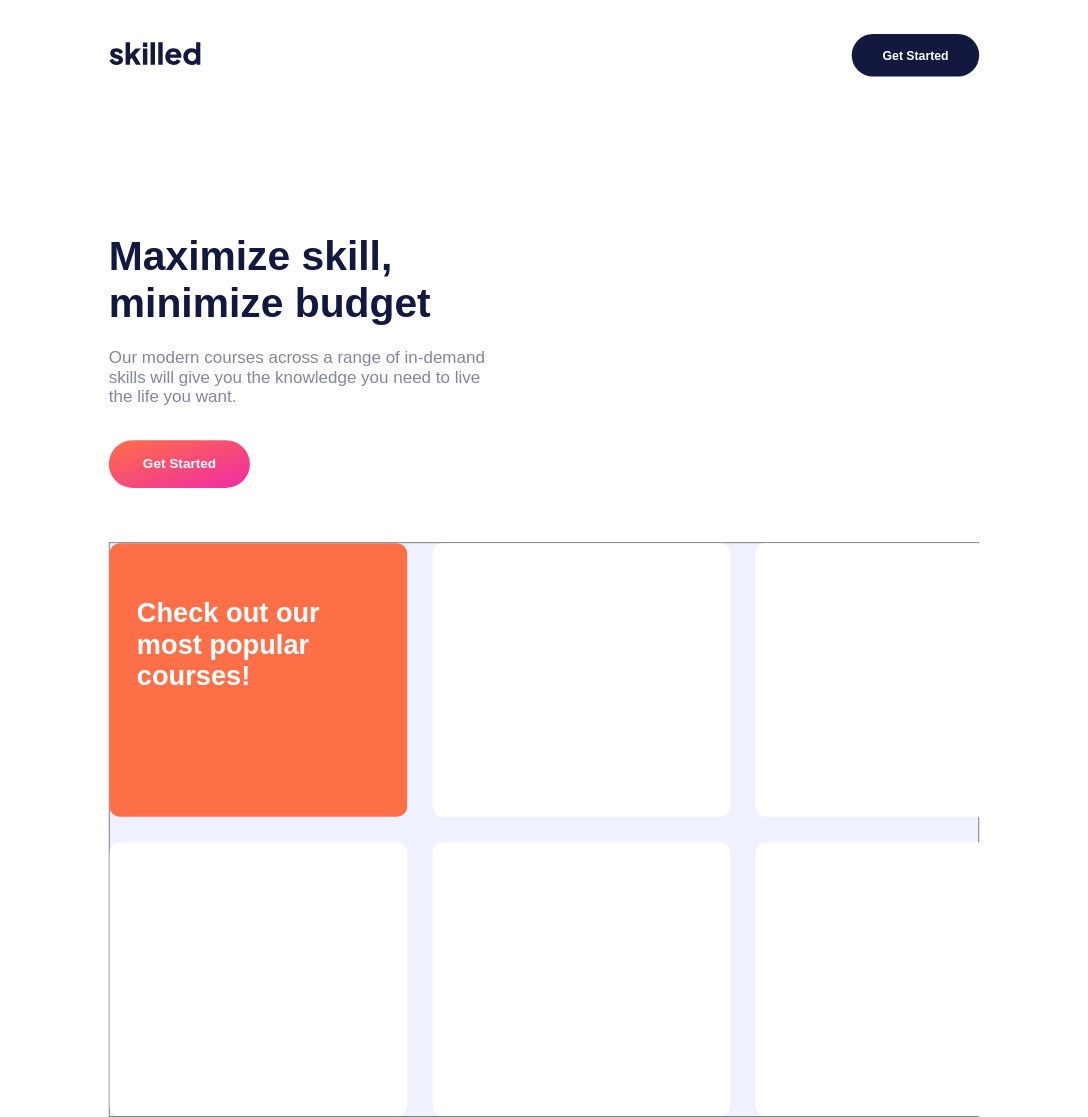
Repository: exe-walt/E-Learning-Landing-Page
Page: index.html
These files come from the project's save history. The page is drawn as it stood at one moment and after the next save; the edit follows.
The browser window is 1280 px wide. The pictures show the whole page, at 85% of full size.
Some web fonts or font styles are not loaded; a fallback is used.

Above is the page before, as saved 2025-05-29 12:18:26.

After the next save:
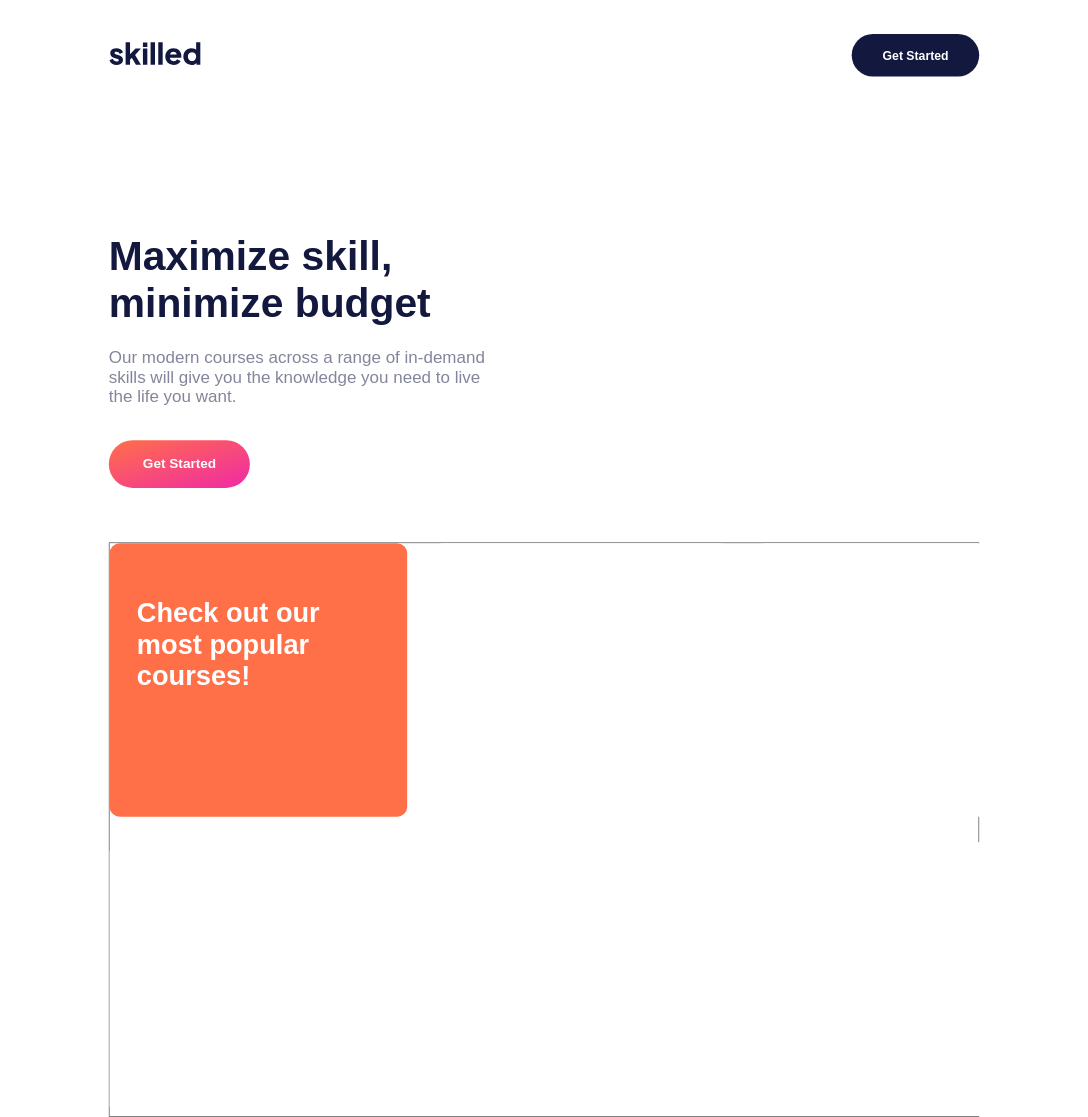
Saved 63 s later.
--- a/css/style.css
+++ b/css/style.css
@@ -108,7 +108,7 @@
   height: auto;
   border: 1px solid #6d6d6d;
   margin-top: 4em;;
-  background-color: #F0F1FF; /* apply this gradient (#FFFFFF - #F0F1FF) */ /*Gradient direction is from top to bottom*/
+  background-color: linear-gradient(to bottom right, #FF6F48, #F02AA6);/* apply this gradient (#FFFFFF - #F0F1FF) */ /*Gradient direction is from top to bottom*/
 }
 
 

After the save that followed:
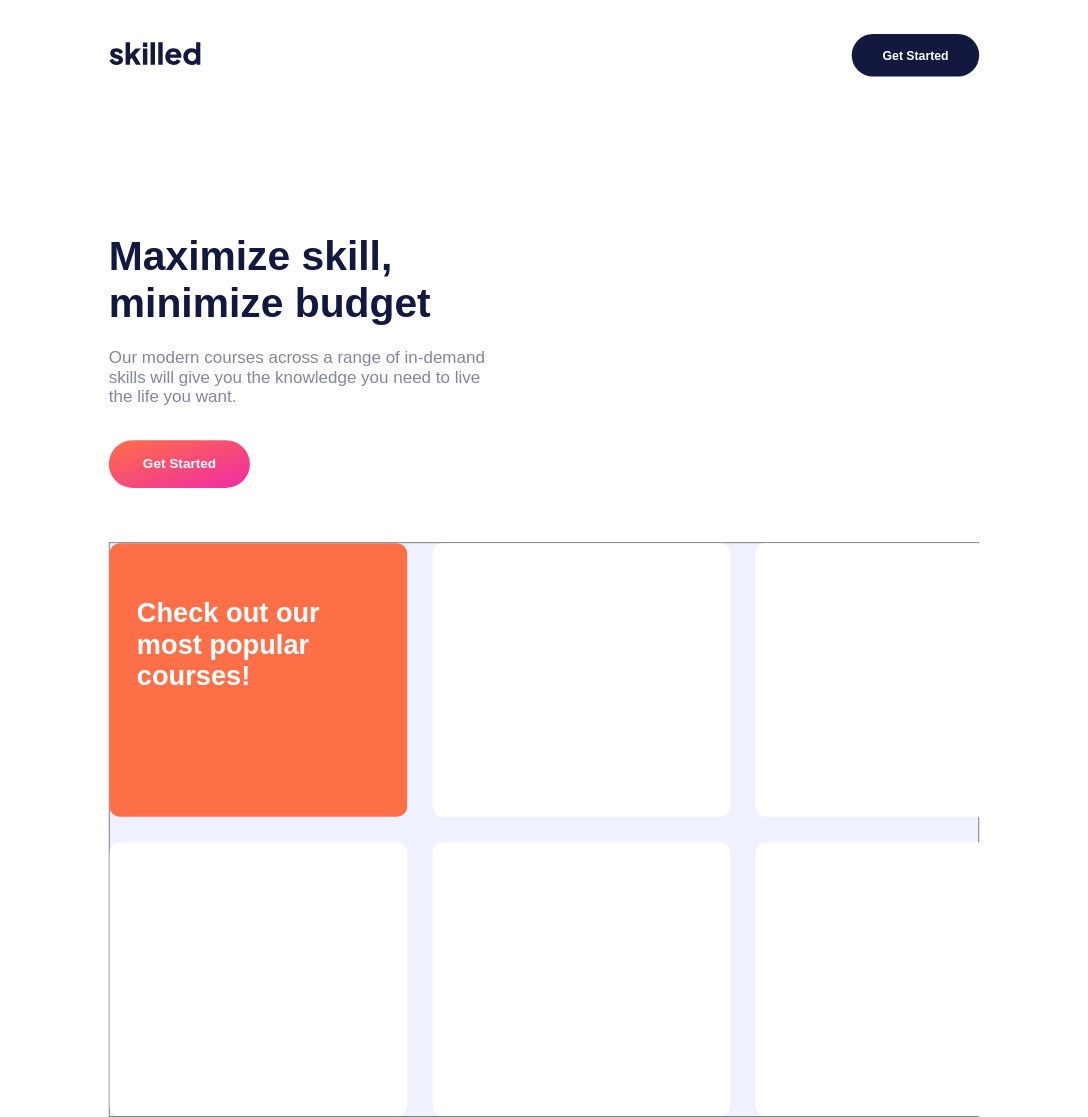
Saved 9 s later.
--- a/css/style.css
+++ b/css/style.css
@@ -108,7 +108,7 @@
   height: auto;
   border: 1px solid #6d6d6d;
   margin-top: 4em;;
-  background-color: linear-gradient(to bottom right, #FF6F48, #F02AA6);/* apply this gradient (#FFFFFF - #F0F1FF) */ /*Gradient direction is from top to bottom*/
+  background-color: #F0F1FF; /* apply this gradient (#FFFFFF - #F0F1FF) */ /*Gradient direction is from top to bottom*/
 }
 
 
